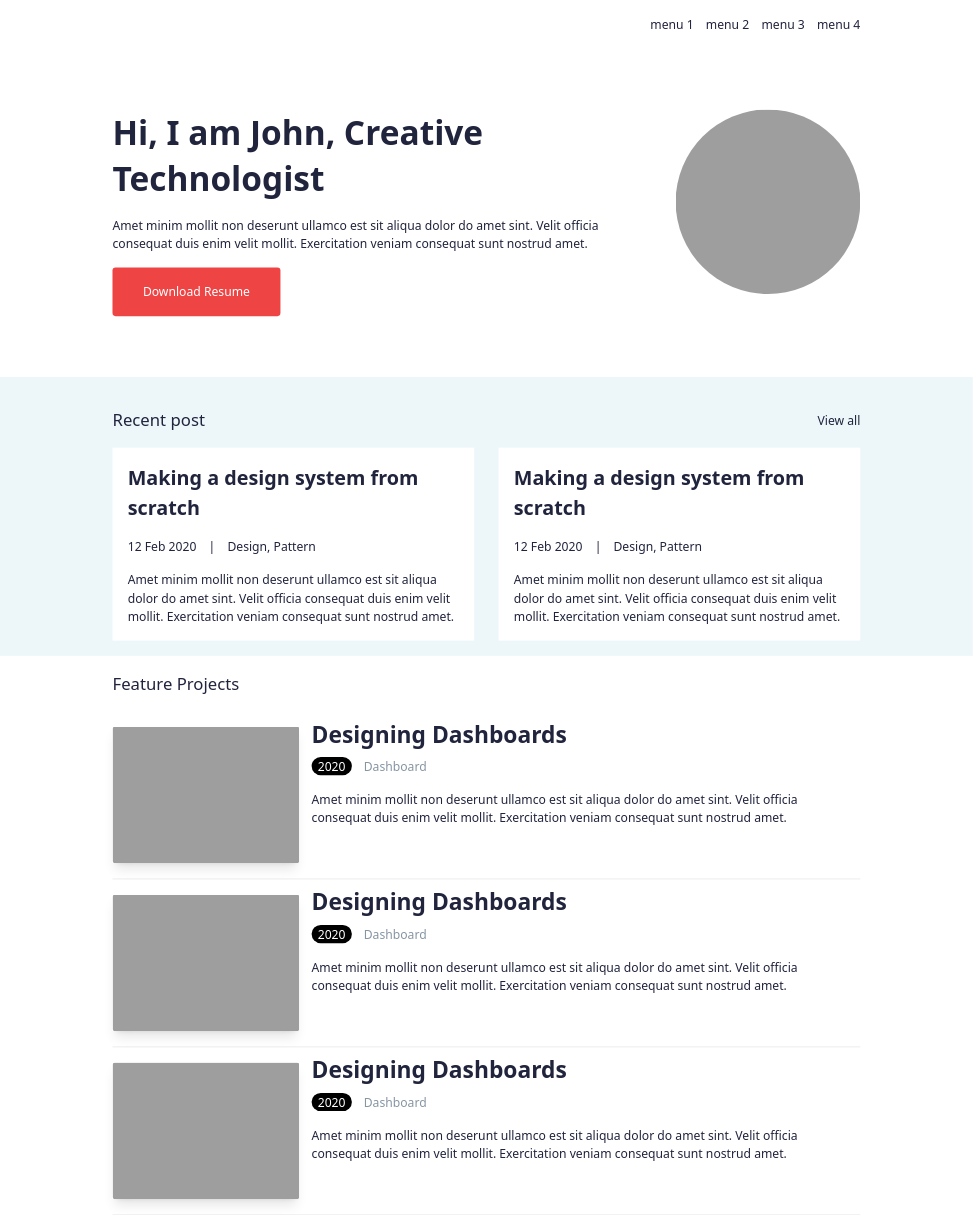
Repository: Quanndm03/web2022
Page: ASM/images/home.html
These files come from the project's save history. The page is drawn as it stood at one moment and after the next save; the edit follows.
The browser window is 1280 px wide. The pictures show the whole page, at 76% of full size.
Pictures or frames that could not be fetched are drawn as grey boxes. Some web libraries are served in a nearby version.

Above is the page before, as saved 2022-06-17 01:48:19.

### ASM/images/home.html
<!DOCTYPE html>
<html lang="en">
  <head>
    <meta charset="UTF-8" />
    <meta http-equiv="X-UA-Compatible" content="IE=edge" />
    <meta name="viewport" content="width=device-width, initial-scale=1.0" />
    <title>Document</title>
    <link rel="preconnect" href="https://fonts.googleapis.com" />
    <link rel="preconnect" href="https://fonts.gstatic.com" crossorigin />
    <link
      href="https://fonts.googleapis.com/css2?family=Heebo:wght@100;200;300;400;500;600;700;800;900&display=swap"
      rel="stylesheet"
    />
    <script src="https://cdn.tailwindcss.com"></script>
    <style type="text/tailwindcss">
      @layer utilities {
        body {
          @apply text-[#21243D];
        }
        .custom-container {
          @apply max-w-5xl mx-auto px-5;
        }
        /* Banner */
        .banner {
          @apply py-10 md:py-20;
        }
        .banner-content {
          @apply order-2 text-center md:order-1 md:col-span-2  md:text-left;
        }
        .banner-content__title {
          @apply text-[44px] leading-[60px] font-bold;
        }
        .banner-content__desc {
          @apply text-base my-5;
        }
        .banner-picture {
          @apply order-1 md:order-2;
        }
        .banner-picture__thumb {
          @apply rounded-full mx-auto md:ml-auto md:mr-0;
        }
        .btn {
          @apply inline-block py-5 px-10 text-white rounded;
        }
        .btn-danger {
          @apply bg-red-500;
        }
        /* Section */
        .seciton-header {
          @apply flex justify-between items-center py-5;
        }
        .seciton-header__title {
          @apply text-[22px];
        }
        /* Recent-posst */
        .recent-post {
          @apply bg-[#EDF7FA] py-5;
        }
        .recent-post__item {
          @apply bg-[#fff] p-5;
        }
        .recent-post__title {
          @apply text-[26px] font-bold;
        }
        .recent-post__meta {
          @apply flex items-center py-5 space-x-4;
        }
        /* Project */
        .projects {
        }
        .project__item {
          @apply border-b py-5;
        }
        .project__img {
          @apply shadow-lg;
        }
        .project__thumbnail {
          @apply rounded w-full;
        }
        .project__name {
          @apply text-[30px] font-bold leading-[20px];
        }
        .project__createat {
          @apply inline-block bg-black rounded-full text-white px-2;
        }
        .project__category {
          @apply text-[#8695A4];
        }
        .project__meta {
          @apply flex space-x-4 py-5;
        }
      }
    </style>
  </head>
  <body>
    <header>
      <div class="custom-container">
        <div class="py-5">
          <div class="flex justify-end items-center">
            <button id="btn-mobile" class="md:hidden">
              Mobile
            </button>
          </div>
          <div class="flex justify-end">
            <ul class="hidden md:flex space-x-4">
              <li><a href="">menu 1</a></li>
              <li><a href="">menu 2</a></li>
              <li><a href="">menu 3</a></li>
              <li><a href="">menu 4</a></li>
            </ul>
          </div>
        </div>
      </div>
    </header>
    <section class="banner">
      <div class="custom-container">
        <div class="grid md:grid-cols-3 gap-8">
          <div class="banner-content">
            <h2 class="banner-content__title">
              Hi, I am John, Creative Technologist
            </h2>
            <p class="banner-content__desc">
              Amet minim mollit non deserunt ullamco est sit aliqua dolor do
              amet sint. Velit officia consequat duis enim velit mollit.
              Exercitation veniam consequat sunt nostrud amet.
            </p>
            <a href="" class="btn btn-danger banner-content__btn"
              >Download Resume</a
            >
          </div>
          <div class="banner-picture">
            <img
              src="https://picsum.photos/243/243"
              alt=""
              class="banner-picture__thumb"
            />
          </div>
        </div>
      </div>
    </section>
    <!--End .banner-->
    <section class="recent-post">
      <div class="custom-container">
        <div class="seciton-header">
          <h2 class="seciton-header__title">Recent post</h2>
          <a href="">View all</a>
        </div>
        <div class="section-body">
          <div class="grid md:grid-cols-2 gap-8">
            <div class="recent-post__item">
              <h3 class="recent-post__title">
                Making a design system from scratch
              </h3>
              <div class="recent-post__meta">
                <span>12 Feb 2020</span>
                <span>|</span>
                <a href="">Design, Pattern</a>
              </div>
              <p class="recent-post__desc">
                Amet minim mollit non deserunt ullamco est sit aliqua dolor do
                amet sint. Velit officia consequat duis enim velit mollit.
                Exercitation veniam consequat sunt nostrud amet.
              </p>
            </div>
            <div class="recent-post__item">
              <h3 class="recent-post__title">
                Making a design system from scratch
              </h3>
              <div class="recent-post__meta">
                <span>12 Feb 2020</span>
                <span>|</span>
                <a href="">Design, Pattern</a>
              </div>
              <p class="recent-post__desc">
                Amet minim mollit non deserunt ullamco est sit aliqua dolor do
                amet sint. Velit officia consequat duis enim velit mollit.
                Exercitation veniam consequat sunt nostrud amet.
              </p>
            </div>
          </div>
        </div>
      </div>
    </section>
    <section class="projects">
      <div class="custom-container">
        <div class="seciton-header">
          <h2 class="seciton-header__title">Feature Projects</h2>
        </div>
        <div class="section-body">
          <div class="project__item grid md:grid-cols-[246px,auto] gap-4">
            <div class="project__img">
              <img
                src="https://picsum.photos/246/180"
                alt=""
                class="project__thumbnail"
              />
            </div>
            <div class="project__content">
              <h3 class="project__name">Designing Dashboards</h3>
              <div class="project__meta">
                <span class="project__createat">2020</span>
                <a href="" class="project__category">Dashboard</a>
              </div>
              <p>
                Amet minim mollit non deserunt ullamco est sit aliqua dolor do
                amet sint. Velit officia consequat duis enim velit mollit.
                Exercitation veniam consequat sunt nostrud amet.
              </p>
            </div>
          </div>
          <!--End .project-item-->
          <div class="project__item grid md:grid-cols-[246px,auto] gap-4">
            <div class="project__img">
              <img
                src="https://picsum.photos/246/180"
                alt=""
                class="project__thumbnail"
              />
            </div>
            <div class="project__content">
              <h3 class="project__name">Designing Dashboards</h3>
              <div class="project__meta">
                <span class="project__createat">2020</span>
                <a href="" class="project__category">Dashboard</a>
              </div>
              <p>
                Amet minim mollit non deserunt ullamco est sit aliqua dolor do
                amet sint. Velit officia consequat duis enim velit mollit.
                Exercitation veniam consequat sunt nostrud amet.
              </p>
            </div>
          </div>
          <!--End .project-item-->
          <div class="project__item grid md:grid-cols-[246px,auto] gap-4">
            <div class="project__img">
              <img
                src="https://picsum.photos/246/180"
                alt=""
                class="project__thumbnail"
              />
            </div>
            <div class="project__content">
              <h3 class="project__name">Designing Dashboards</h3>
              <div class="project__meta">
                <span class="project__createat">2020</span>
                <a href="" class="project__category">Dashboard</a>
              </div>
              <p>
                Amet minim mollit non deserunt ullamco est sit aliqua dolor do
                amet sint. Velit officia consequat duis enim velit mollit.
                Exercitation veniam consequat sunt nostrud amet.
              </p>
            </div>
          </div>
          <!--End .project-item-->
        </div>
      </div>
    </section>
    <footer></footer>
  </body>
</html>

After the next save:
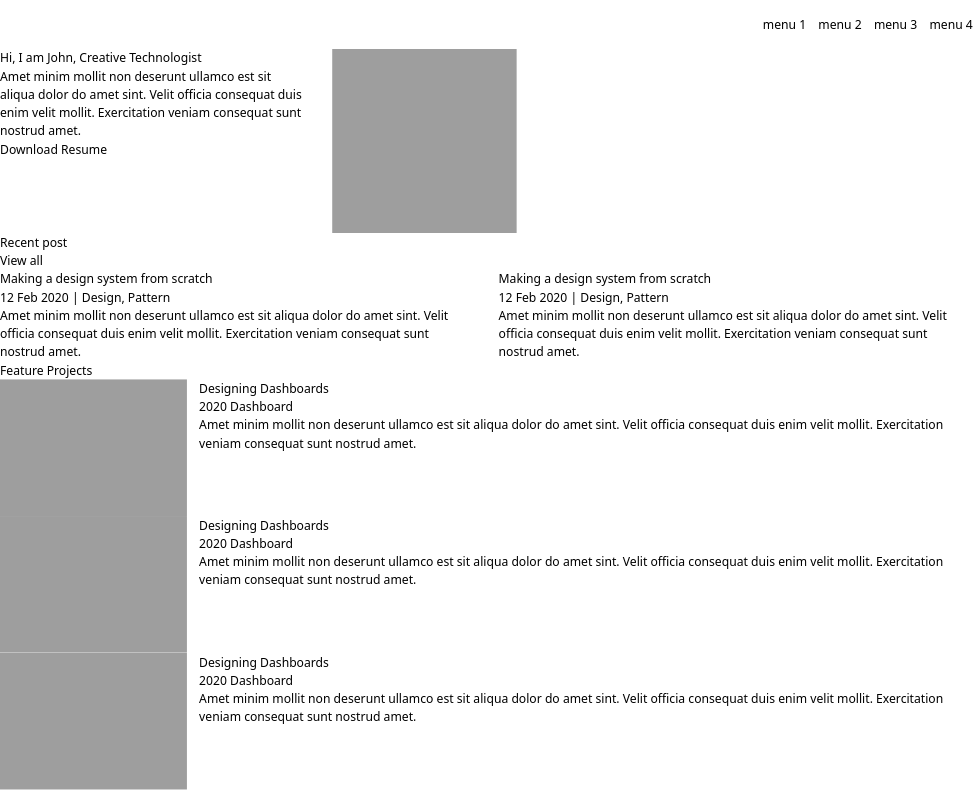
Saved 13 s later.
--- a/ASM/images/home.html
+++ b/ASM/images/home.html
@@ -12,85 +12,7 @@
       rel="stylesheet"
     />
     <script src="https://cdn.tailwindcss.com"></script>
-    <style type="text/tailwindcss">
-      @layer utilities {
-        body {
-          @apply text-[#21243D];
-        }
-        .custom-container {
-          @apply max-w-5xl mx-auto px-5;
-        }
-        /* Banner */
-        .banner {
-          @apply py-10 md:py-20;
-        }
-        .banner-content {
-          @apply order-2 text-center md:order-1 md:col-span-2  md:text-left;
-        }
-        .banner-content__title {
-          @apply text-[44px] leading-[60px] font-bold;
-        }
-        .banner-content__desc {
-          @apply text-base my-5;
-        }
-        .banner-picture {
-          @apply order-1 md:order-2;
-        }
-        .banner-picture__thumb {
-          @apply rounded-full mx-auto md:ml-auto md:mr-0;
-        }
-        .btn {
-          @apply inline-block py-5 px-10 text-white rounded;
-        }
-        .btn-danger {
-          @apply bg-red-500;
-        }
-        /* Section */
-        .seciton-header {
-          @apply flex justify-between items-center py-5;
-        }
-        .seciton-header__title {
-          @apply text-[22px];
-        }
-        /* Recent-posst */
-        .recent-post {
-          @apply bg-[#EDF7FA] py-5;
-        }
-        .recent-post__item {
-          @apply bg-[#fff] p-5;
-        }
-        .recent-post__title {
-          @apply text-[26px] font-bold;
-        }
-        .recent-post__meta {
-          @apply flex items-center py-5 space-x-4;
-        }
-        /* Project */
-        .projects {
-        }
-        .project__item {
-          @apply border-b py-5;
-        }
-        .project__img {
-          @apply shadow-lg;
-        }
-        .project__thumbnail {
-          @apply rounded w-full;
-        }
-        .project__name {
-          @apply text-[30px] font-bold leading-[20px];
-        }
-        .project__createat {
-          @apply inline-block bg-black rounded-full text-white px-2;
-        }
-        .project__category {
-          @apply text-[#8695A4];
-        }
-        .project__meta {
-          @apply flex space-x-4 py-5;
-        }
-      }
-    </style>
+
   </head>
   <body>
     <header>
